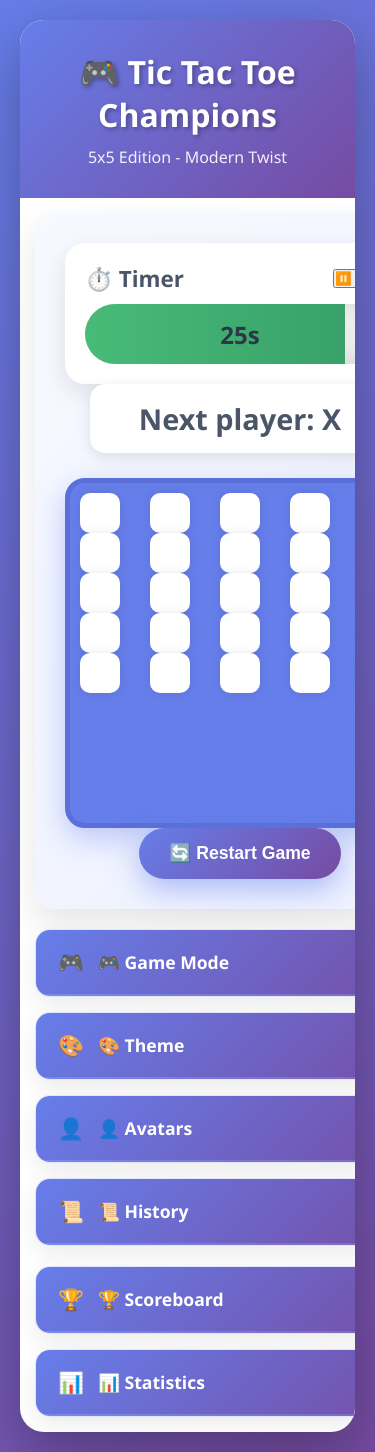
Repository: sofia123776/TIC-TAC-TOE
Page: /
These files come from the project's save history. The page is drawn as it stood at one moment and after the next save; the edit follows.
The browser window is 375 px wide. The pictures show the whole page.
The project was rebuilt for these pictures with package versions that can differ from the ones it lists, and the page was loaded fresh each time. Also part of the build but not shown: vite.config.js.

Above is the page before, as saved 2025-12-09 18:16:51.

### index.html
<!doctype html>
<html lang="en">
  <head>
    <meta charset="UTF-8" />
    <link rel="icon" type="image/svg+xml" href="/vite.svg" />
    <meta name="viewport" content="width=device-width, initial-scale=1.0" />
    <title>tic-tac-toe</title>
  </head>
  <body>
    <div id="root"></div>
    <script type="module" src="/src/main.jsx"></script>
  </body>
</html>

### src/main.jsx
// src/main.jsx
import React from 'react'
import ReactDOM from 'react-dom/client'
import App from './App'
import './App.css'

ReactDOM.createRoot(document.getElementById('root')).render(
  <React.StrictMode>
    <App />
  </React.StrictMode>
)

### src/App.css
/* ===== RESET & BASE ===== */
* {
  margin: 0;
  padding: 0;
  box-sizing: border-box;
}

body {
  font-family: 'Segoe UI', Tahoma, Geneva, Verdana, sans-serif;
  background: linear-gradient(135deg, #667eea 0%, #764ba2 100%);
  min-height: 100vh;
  padding: 20px;
}

/* ===== MAIN CONTAINER ===== */
.game-container {
  max-width: 1400px;
  margin: 0 auto;
  background: white;
  border-radius: 24px;
  box-shadow: 0 20px 60px rgba(0, 0, 0, 0.3);
  overflow: hidden;
  min-height: 90vh;
}

/* ===== HEADER ===== */
.game-header {
  background: linear-gradient(135deg, #667eea 0%, #764ba2 100%);
  color: white;
  padding: 30px 40px;
  text-align: center;
  position: relative;
  overflow: hidden;
}

.game-header::before {
  content: '';
  position: absolute;
  top: -50%;
  left: -50%;
  width: 200%;
  height: 200%;
  background: radial-gradient(circle, rgba(255,255,255,0.1) 1px, transparent 1px);
  background-size: 30px 30px;
  opacity: 0.3;
}

.game-title {
  font-size: 3rem;
  font-weight: 800;
  margin-bottom: 10px;
  text-shadow: 2px 2px 4px rgba(0,0,0,0.3);
  position: relative;
  z-index: 1;
}

.header-subtitle {
  font-size: 1.2rem;
  opacity: 0.9;
  position: relative;
  z-index: 1;
}

/* ===== GAME CONTENT LAYOUT ===== */
.game-content {
  display: grid;
  grid-template-columns: 300px 1fr 300px;
  gap: 30px;
  padding: 30px;
  min-height: 700px;
}

/* ===== SIDEBARS ===== */
.sidebar {
  display: flex;
  flex-direction: column;
  gap: 15px;
}

/* ===== SIDEBAR PANELS ===== */
.sidebar-panel {
  background: #f8f9ff;
  border-radius: 15px;
  overflow: hidden;
  box-shadow: 0 8px 25px rgba(0, 0, 0, 0.08);
  border: 1px solid rgba(102, 126, 234, 0.1);
  transition: all 0.3s ease;
}

.sidebar-panel.closed {
  background: #f0f2ff;
}

.panel-header {
  padding: 18px 20px;
  display: flex;
  align-items: center;
  cursor: pointer;
  background: linear-gradient(135deg, #667eea 0%, #764ba2 100%);
  color: white;
  border-bottom: 2px solid rgba(255, 255, 255, 0.1);
  transition: all 0.3s;
}

.panel-header:hover {
  background: linear-gradient(135deg, #5a6fd8 0%, #6a4290 100%);
  padding-left: 25px;
}

.panel-icon {
  font-size: 1.3rem;
  margin-right: 12px;
  width: 30px;
  text-align: center;
}

.panel-title {
  flex: 1;
  font-weight: 700;
  font-size: 1.1rem;
}

.panel-toggle {
  font-size: 0.9rem;
  transition: transform 0.3s;
}

.sidebar-panel.open .panel-toggle {
  transform: rotate(180deg);
}

.panel-content {
  padding: 20px;
  max-height: 400px;
  overflow-y: auto;
  animation: slideDown 0.3s ease;
}

@keyframes slideDown {
  from {
    opacity: 0;
    transform: translateY(-10px);
  }
  to {
    opacity: 1;
    transform: translateY(0);
  }
}

/* ===== GAME MODE SECTION ===== */
.game-mode-selector {
  display: flex;
  flex-direction: column;
  gap: 12px;
  margin-bottom: 20px;
}

.mode-option {
  display: flex;
  align-items: center;
  gap: 15px;
  padding: 15px;
  background: white;
  border: 2px solid #e2e8f0;
  border-radius: 12px;
  cursor: pointer;
  transition: all 0.3s;
}

.mode-option:hover {
  border-color: #667eea;
  transform: translateX(5px);
}

.mode-option.active {
  background: linear-gradient(135deg, #667eea15 0%, #764ba215 100%);
  border-color: #667eea;
  box-shadow: 0 4px 15px rgba(102, 126, 234, 0.2);
}

.mode-icon {
  font-size: 1.5rem;
  width: 40px;
  height: 40px;
  display: flex;
  align-items: center;
  justify-content: center;
  background: linear-gradient(135deg, #667eea 0%, #764ba2 100%);
  color: white;
  border-radius: 10px;
}

/* ===== AI SETTINGS ===== */
.ai-settings {
  border-top: 2px solid #e2e8f0;
  padding-top: 20px;
  margin-top: 20px;
}

.setting-group {
  margin-bottom: 25px;
}

.setting-title {
  font-size: 1rem;
  color: #4a5568;
  margin-bottom: 12px;
  font-weight: 600;
}

.difficulty-options {
  display: flex;
  flex-direction: column;
  gap: 8px;
}

.difficulty-option {
  display: flex;
  align-items: center;
  gap: 10px;
  padding: 12px 15px;
  background: white;
  border: 2px solid #e2e8f0;
  border-radius: 10px;
  cursor: pointer;
  transition: all 0.3s;
}

.difficulty-option:hover {
  border-color: #667eea;
}

.difficulty-option.active {
  background: linear-gradient(135deg, #667eea10 0%, #764ba210 100%);
  border-color: #667eea;
}

.difficulty-dot {
  width: 12px;
  height: 12px;
  border-radius: 50%;
  margin-right: 5px;
}

.difficulty-dot.easy {
  background: #48bb78;
}

.difficulty-dot.medium {
  background: #ed8936;
}

.difficulty-dot.hard {
  background: #f56565;
}

.player-options {
  display: flex;
  gap: 10px;
}

.player-option {
  flex: 1;
  display: flex;
  flex-direction: column;
  align-items: center;
  padding: 15px;
  background: white;
  border: 2px solid #e2e8f0;
  border-radius: 12px;
  cursor: pointer;
  transition: all 0.3s;
  position: relative;
}

.player-option:hover {
  border-color: #667eea;
}

.player-option.active {
  background: linear-gradient(135deg, #667eea10 0%, #764ba210 100%);
  border-color: #667eea;
}

.option-avatar {
  width: 50px;
  height: 50px;
  border-radius: 50%;
  object-fit: cover;
  margin-bottom: 8px;
  border: 2px solid #e2e8f0;
}

.player-option.active .option-avatar {
  border-color: #667eea;
}

.player-badge {
  position: absolute;
  top: 8px;
  right: 8px;
  background: #48bb78;
  color: white;
  font-size: 0.7rem;
  padding: 2px 8px;
  border-radius: 10px;
}

.ai-info {
  margin-top: 20px;
  padding: 15px;
  background: #f0f7ff;
  border-radius: 10px;
  border-left: 4px solid #4299e1;
}

.ai-description {
  font-size: 0.9rem;
  color: #4a5568;
  text-align: center;
}

/* ===== THEME SELECTOR ===== */
.theme-options {
  display: flex;
  flex-direction: column;
  gap: 12px;
}

.theme-option {
  display: flex;
  align-items: center;
  gap: 15px;
  padding: 15px;
  background: white;
  border: 2px solid #e2e8f0;
  border-radius: 12px;
  cursor: pointer;
  transition: all 0.3s;
}

.theme-option:hover {
  transform: translateX(5px);
}

.theme-option.active {
  border-color: #667eea;
  box-shadow: 0 4px 15px rgba(102, 126, 234, 0.2);
}

.theme-preview {
  width: 40px;
  height: 40px;
  border-radius: 8px;
  border: 2px solid #e2e8f0;
}

.theme-preview.cyberpunk {
  background: linear-gradient(135deg, #0f0c29, #302b63);
}

.theme-preview.neon {
  background: linear-gradient(135deg, #000000, #1a1a2e);
}

.theme-preview.sunset {
  background: linear-gradient(135deg, #ff6b6b, #556270);
}

/* ===== MAIN GAME AREA ===== */
.main-game-area {
  display: flex;
  flex-direction: column;
  align-items: center;
  justify-content: center;
  gap: 25px;
}

.game-board-wrapper {
  background: linear-gradient(135deg, #f7f9ff 0%, #eef2ff 100%);
  padding: 30px;
  border-radius: 20px;
  box-shadow: 0 15px 35px rgba(0, 0, 0, 0.1);
  width: 100%;
  max-width: 700px;
}

/* ===== TIMER IN MAIN AREA ===== */
.timer-display-main {
  background: white;
  border-radius: 20px;
  padding: 20px;
  box-shadow: 0 8px 25px rgba(0, 0, 0, 0.1);
  width: 100%;
  max-width: 700px;

}

.timer-header {
  display: flex;
  justify-content: space-between;
  align-items: center;
  margin-bottom: 10px;
}

.timer-header h3 {
  font-size: 1.4rem;
  color: #4a5568;
  display: flex;
  align-items: center;
  gap: 10px;
}

.timer-circle-main {
  position: relative;
  width: 100%;
  height: 60px;
  border-radius: 30px;
  background: linear-gradient(145deg, #ffffff, #e6e6e6);
  box-shadow: inset 0 0 20px rgba(0, 0, 0, 0.1);
  overflow: hidden;
}

.timer-circle-main.warning {
  background: linear-gradient(145deg, #fff5f5, #fed7d7);
}

.timer-value {
  position: absolute;
  top: 50%;
  left: 50%;
  transform: translate(-50%, -50%);
  font-size: 1.8rem;
  font-weight: 800;
  color: #2d3748;
  z-index: 2;
}

.timer-progress {
  position: absolute;
  top: 0;
  left: 0;
  height: 100%;
  background: linear-gradient(to right, #48bb78, #38a169);
  transition: width 1s linear;
}

.timer-circle-main.warning .timer-progress {
  background: linear-gradient(to right, #f56565, #e53e3e);
}

/* ===== 5x5 GAME BOARD - FIXED ===== */
.board-container {
  display: flex;
  flex-direction: column;
  align-items: center;
  gap: 25px;
}

.status {
  font-size: 1.8rem;
  font-weight: 700;
  color: #4a5568;
  text-align: center;
  padding: 15px 30px;
  background: white;
  border-radius: 15px;
  box-shadow: 0 4px 15px rgba(0, 0, 0, 0.1);
  min-width: 300px;
}

.status.winner {
  background: linear-gradient(135deg, #48bb78, #38a169);
  color: white;
  animation: pulse 2s infinite;
}

@keyframes pulse {
  0%, 100% { transform: scale(1); }
  50% { transform: scale(1.05); }
}

.board-grid {
  display: grid;
  grid-template-columns: repeat(5, 1fr);
  grid-template-rows: repeat(5, 1fr);
  gap: 8px;
  background: #667eea;
  padding: 15px;
  border-radius: 20px;
  box-shadow: 0 10px 30px rgba(102, 126, 234, 0.4);
  width: 550px;
  height: 550px;
  border: 5px solid #5a6fd8;
}

.square {
  background: white;
  border: none;
  border-radius: 10px;
  display: flex;
  align-items: center;
  justify-content: center;
  cursor: pointer;
  transition: all 0.3s;
  box-shadow: 0 0px 10px rgba(0, 0, 0, 0.1);
  width: 100%;
  height: 100%;
  min-width: 0;
  min-height: 0;

}

.square:hover {
  background: #f7fafc;
  transform: scale(1.05);
  box-shadow: 0 6px 20px rgba(0, 0, 0, 0.15);
}

.square.highlight {
  background: linear-gradient(135deg, #f6e05e, #d69e2e);
  animation: highlight-pulse 1.5s infinite;
  border: 2px solid #d69e2e;
}

@keyframes highlight-pulse {
  0%, 100% { box-shadow: 0 0 20px rgba(246, 224, 94, 0.6); }
  50% { box-shadow: 0 0 30px rgba(246, 224, 94, 0.9); }
}

.avatar-img {
  width: 60px;
  height: 60px;
  border-radius: 50%;
  object-fit: cover;
  border: 3px solid #e2e8f0;
}

/* ===== AI INDICATOR ===== */
.ai-indicator {
  background: white;
  border-radius: 15px;
  padding: 15px;
  margin-bottom: 20px;
  box-shadow: 0 4px 15px rgba(0, 0, 0, 0.1);
}

.ai-labels {
  display: flex;
  justify-content: space-between;
  align-items: center;
}

.ai-label {
  flex: 1;
  text-align: center;
  padding: 10px;
  border-radius: 10px;
  font-weight: 600;
  font-size: 1.1rem;
}

.ai-label.ai {
  background: linear-gradient(135deg, #f5656510 0%, #e53e3e10 100%);
  color: #e53e3e;
}

.ai-label.human {
  background: linear-gradient(135deg, #48bb7810 0%, #38a16910 100%);
  color: #38a169;
}

.ai-label-vs {
  padding: 0 20px;
  font-weight: 700;
  color: #4a5568;
}

/* ===== ACTION BUTTONS ===== */
.action-buttons {
  display: flex;
  justify-content: center;
  width: 100%;
  max-width: 700px;
}

.restart-btn-main {
  padding: 18px 50px;
  font-size: 1.3rem;
  font-weight: 700;
  background: linear-gradient(135deg, #667eea 0%, #764ba2 100%);
  color: white;
  border: none;
  border-radius: 50px;
  cursor: pointer;
  transition: all 0.3s;
  box-shadow: 0 10px 30px rgba(102, 126, 234, 0.5);
}

.restart-btn-main:hover {
  transform: scale(1.05);
  box-shadow: 0 15px 40px rgba(102, 126, 234, 0.7);
}

/* ===== AVATAR SELECTION - FIXED ===== */
.avatar-selection-grid {
  display: flex;
  flex-direction: column;
  gap: 25px;
}

.avatar-selector-compact {
  display: flex;
  flex-direction: column;
  align-items: center;
  gap: 15px;
  padding: 15px;
  background: white;
  border-radius: 15px;
  border: 2px solid #e2e8f0;
}

.player-label {
  font-weight: 700;
  color: #4a5568;
  font-size: 1.1rem;
  text-transform: uppercase;
  letter-spacing: 1px;
  text-align: center;
  width: 100%;
  padding-bottom: 10px;
  border-bottom: 2px solid #e2e8f0;
}

.current-avatar {
  width: 80px;
  height: 80px;
  border-radius: 50%;
  overflow: hidden;
  border: 4px solid #667eea;
  box-shadow: 0 4px 15px rgba(102, 126, 234, 0.3);
}

.current-avatar img {
  width: 100%;
  height: 100%;
  object-fit: cover;
  display: block;
}

.avatar-options-compact {
  display: flex;
  flex-wrap: wrap;
  gap: 10px;
  justify-content: center;
}

.avatar-option-compact {
  width: 50px;
  height: 50px;
  border-radius: 50%;
  overflow: hidden;
  cursor: pointer;
  border: 3px solid #cbd5e0;
  transition: all 0.3s;
  flex-shrink: 0;
}

.avatar-option-compact:hover {
  transform: scale(1.1);
  border-color: #667eea;
}

.avatar-option-compact.selected {
  border-color: #48bb78;
  transform: scale(1.15);
  box-shadow: 0 4px 15px rgba(72, 187, 120, 0.4);
}

.avatar-option-compact img {
  width: 100%;
  height: 100%;
  object-fit: cover;
  display: block;
}

/* ===== SCOREBOARD ===== */
.scoreboard-cards {
  display: flex;
  flex-direction: column;
  gap: 15px;
}

.score-card {
  display: flex;
  align-items: center;
  gap: 20px;
  padding: 20px;
  background: white;
  border-radius: 15px;
  box-shadow: 0 4px 15px rgba(0, 0, 0, 0.08);
  transition: transform 0.3s;
}

.score-card:hover {
  transform: translateY(-3px);
}

.player-x-score {
  border-left: 5px solid #f56565;
}

.player-o-score {
  border-left: 5px solid #4299e1;
}

.draws-score {
  border-left: 5px solid #ed8936;
}

.score-avatar {
  width: 60px;
  height: 60px;
  border-radius: 50%;
  overflow: hidden;
  flex-shrink: 0;
  position: relative;
}

.score-avatar img {
  width: 100%;
  height: 100%;
  object-fit: cover;
  display: block;
}

.ai-badge {
  position: absolute;
  bottom: -5px;
  right: -5px;
  background: #f56565;
  color: white;
  width: 25px;
  height: 25px;
  border-radius: 50%;
  display: flex;
  align-items: center;
  justify-content: center;
  font-size: 0.8rem;
  border: 2px solid white;
}

.score-info {
  flex: 1;
}

.score-info h4 {
  font-size: 1.1rem;
  color: #4a5568;
  margin-bottom: 5px;
}

.score-value {
  font-size: 2.5rem;
  font-weight: 800;
  color: #2d3748;
  line-height: 1;
}

.score-label {
  font-size: 0.9rem;
  color: #a0aec0;
  margin-top: 2px;
}

/* ===== PLAYER STATISTICS ===== */
.player-tabs {
  display: flex;
  gap: 10px;
  margin-bottom: 20px;
}

.player-tab {
  flex: 1;
  display: flex;
  flex-direction: column;
  align-items: center;
  gap: 8px;
  padding: 15px;
  background: white;
  border-radius: 15px;
  cursor: pointer;
  transition: all 0.3s;
  border: 2px solid #e2e8f0;
}

.player-tab:hover {
  border-color: #667eea;
}

.player-tab.active {
  background: linear-gradient(135deg, #667eea 0%, #764ba2 100%);
  color: white;
  border-color: #667eea;
  transform: translateY(-2px);
  box-shadow: 0 6px 20px rgba(102, 126, 234, 0.4);
}

.tab-avatar {
  width: 40px;
  height: 40px;
  border-radius: 50%;
  object-fit: cover;
}

.player-tab.active .tab-avatar {
  border: 2px solid white;
}

.stats-grid {
  display: grid;
  grid-template-columns: repeat(2, 1fr);
  gap: 15px;
  margin-bottom: 20px;
}

.stat-box {
  background: white;
  border-radius: 15px;
  padding: 15px;
  display: flex;
  align-items: center;
  gap: 15px;
  box-shadow: 0 4px 12px rgba(0, 0, 0, 0.05);
}

.stat-icon {
  font-size: 2rem;
  width: 50px;
  height: 50px;
  display: flex;
  align-items: center;
  justify-content: center;
  background: linear-gradient(135deg, #667eea 0%, #764ba2 100%);
  color: white;
  border-radius: 12px;
}

.stat-content {
  flex: 1;
}

.stat-value {
  font-size: 1.5rem;
  font-weight: 800;
  color: #2d3748;
  line-height: 1;
}

.stat-label {
  font-size: 0.8rem;
  color: #a0aec0;
  margin-top: 10px;
}

.detailed-stats {
  background: white;
  border-radius: 15px;
  padding: 20px;
  box-shadow: 0 4px 12px rgba(0, 0, 0, 0.05);
}

.detailed-stat {
  display: flex;
  justify-content: space-between;
  align-items: center;
  padding: 10px 0;
  border-bottom: 1px solid #e2e8f0;
}

.detailed-stat:last-child {
  border-bottom: none;
}

.stat-number {
  font-weight: 700;
  font-size: 1.2rem;
}

.stat-number.win {
  color: #48bb78;
}

.stat-number.loss {
  color: #f56565;
}

.player-stats {
  display: none;
}

.player-stats.active {
  display: block;
  animation: fadeIn 0.5s ease;
}

@keyframes fadeIn {
  from { opacity: 0; transform: translateY(10px); }
  to { opacity: 1; transform: translateY(0); }
}

/* ===== AI THINKING INDICATOR ===== */
.ai-thinking-indicator {
  position: fixed;
  top: 0;
  left: 0;
  right: 0;
  bottom: 0;
  background: rgba(0, 0, 0, 0.8);
  display: flex;
  align-items: center;
  justify-content: center;
  z-index: 1000;
  backdrop-filter: blur(10px);
}

.ai-thinking-content {
  background: white;
  padding: 40px;
  border-radius: 20px;
  text-align: center;
  box-shadow: 0 20px 60px rgba(0, 0, 0, 0.4);
  animation: popIn 0.6s cubic-bezier(0.68, -0.55, 0.265, 1.55);
}

.thinking-dots {
  font-size: 3rem;
  margin-bottom: 15px;
}

.thinking-dots .dot {
  animation: blink 1.5s infinite;
  opacity: 0;
}

.thinking-dots .dot:nth-child(2) { animation-delay: 0.2s; }
.thinking-dots .dot:nth-child(3) { animation-delay: 0.4s; }

@keyframes blink {
  0%, 100% { opacity: 0.2; }
  50% { opacity: 1; }
}

.ai-thinking-content p {
  font-size: 1.2rem;
  color: #4a5568;
  font-weight: 600;
}

/* ===== GAME OVER POPUP ===== */
.game-over-overlay {
  position: fixed;
  top: 0;
  left: 0;
  right: 0;
  bottom: 0;
  background: rgba(0, 0, 0, 0.8);
  display: flex;
  justify-content: center;
  align-items: center;
  z-index: 1000;
  backdrop-filter: blur(10px);
}

.game-over-box {
  background: white;
  padding: 50px;
  border-radius: 30px;
  text-align: center;
  max-width: 500px;
  width: 90%;
  box-shadow: 0 30px 60px rgba(0, 0, 0, 0.4);
  animation: popIn 0.6s cubic-bezier(0.68, -0.55, 0.265, 1.55);
}

@keyframes popIn {
  0% {
    opacity: 0;
    transform: scale(0.5) rotate(-10deg);
  }
  100% {
    opacity: 1;
    transform: scale(1) rotate(0deg);
  }
}

.celebration {
  font-size: 4rem;
  margin-bottom: 20px;
  animation: bounce 2s infinite;
}

@keyframes bounce {
  0%, 100% { transform: translateY(0); }
  50% { transform: translateY(-20px); }
}

.game-over-box h2 {
  font-size: 2.5rem;
  color: #2d3748;
  margin-bottom: 15px;
}

.ai-result-message {
  background: linear-gradient(135deg, #667eea10 0%, #764ba210 100%);
  padding: 15px;
  border-radius: 15px;
  margin: 20px 0;
  font-size: 1.2rem;
  color: #4a5568;
}

.ai-difficulty-tag {
  display: inline-block;
  background: #667eea;
  color: white;
  padding: 5px 15px;
  border-radius: 20px;
  font-size: 0.9rem;
  margin-top: 8px;
}

.popup-message {
  font-size: 1.2rem;
  color: #718096;
  margin-bottom: 30px;
}

.restart-btn {
  padding: 18px 50px;
  font-size: 1.3rem;
  font-weight: 700;
  background: linear-gradient(135deg, #667eea 0%, #764ba2 100%);
  color: white;
  border: none;
  border-radius: 50px;
  cursor: pointer;
  transition: all 0.3s;
  box-shadow: 0 10px 30px rgba(102, 126, 234, 0.5);
}

.restart-btn:hover {
  transform: scale(1.05);
  box-shadow: 0 15px 40px rgba(102, 126, 234, 0.7);
}

/* ===== RESPONSIVE DESIGN ===== */
@media (max-width: 1200px) {
  .game-content {
    grid-template-columns: 280px 1fr 280px;
  }

  .board-grid {
    width: 500px;
    height: 500px;
    gap: 5px;
    padding: 12px;
  }
}

@media (max-width: 900px) {
  .game-content {
    grid-template-columns: 250px 1fr 250px;
  }

  .board-grid {
    width: 450px;
    height: 450px;
  }

  .avatar-img {
    width: 50px;
    height: 50px;
  }
}

@media (max-width: 600px) {
  .game-content {
    grid-template-columns: 1fr;
    grid-template-rows: auto auto;
    gap: 20px;
  }

  .sidebar {
    flex-direction: row;
    flex-wrap: wrap;
  }

  .sidebar-panel {
    flex: 1;
    min-width: 300px;
  }

  .main-game-area {
    order: 1;
  }

  .left-sidebar {
    order: 2;
  }

  .right-sidebar {
    order: 3;
  }

  .board-grid {
    width: 400px;
    height: 400px;
  }
}

@media (max-width: 600px) {
  .game-content {
    padding: 15px;
  }

  .sidebar-panel {
    min-width: 100%;
  }

  .board-grid {
    width: 350px;
    height: 350px;
    gap: 30px;
    padding: 10px;
  }

  .avatar-img {
    width: 40px;
    height: 40px;
  }

  .stats-grid {
    grid-template-columns: 1fr;
  }

  .game-title {
    font-size: 2rem;
  }

  .header-subtitle {
    font-size: 1rem;
  }

  .timer-value {
    font-size: 1.5rem;
  }

  .restart-btn-main {
    padding: 15px 30px;
    font-size: 1.1rem;
  }
}

Loaded but not shown: src/App.jsx (1070 lines, source omitted)

After the next save:
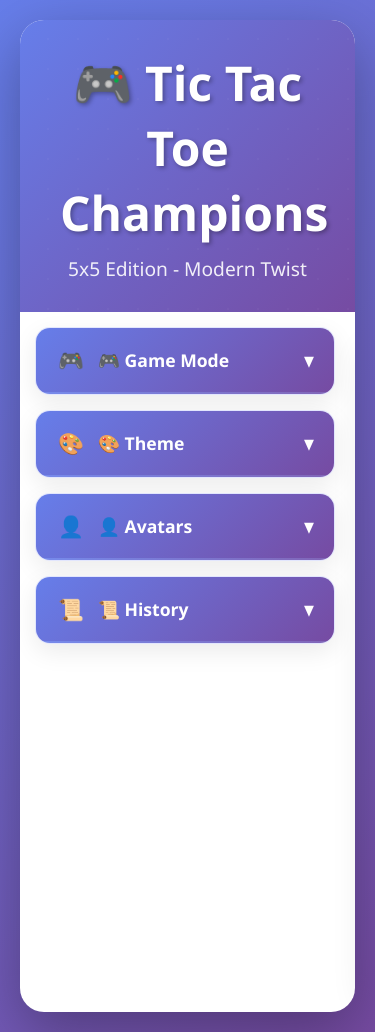
Saved 2 min 20 s later.
--- a/src/App.css
+++ b/src/App.css
@@ -1056,66 +1056,62 @@ body {
 
 /* ===== RESPONSIVE DESIGN ===== */
 @media (max-width: 1200px) {
-  .game-content {
-    grid-template-columns: 280px 1fr 280px;
-  }
-
   .board-grid {
     width: 500px;
     height: 500px;
-    gap: 5px;
-    padding: 12px;
-  }
-}
-
-@media (max-width: 900px) {
-  .game-content {
-    grid-template-columns: 250px 1fr 250px;
-  }
-
+  }
+
+  .avatar-img {
+    width: 60px;
+    height: 60px;
+  }
+}
+
+@media (max-width: 1100px) {
   .board-grid {
     width: 450px;
     height: 450px;
+    gap: 6px;
+    padding: 15px;
   }
 
   .avatar-img {
     width: 50px;
     height: 50px;
   }
-}
-
-@media (max-width: 600px) {
-  .game-content {
-    grid-template-columns: 1fr;
-    grid-template-rows: auto auto;
-    gap: 20px;
-  }
-
-  .sidebar {
-    flex-direction: row;
-    flex-wrap: wrap;
-  }
-
-  .sidebar-panel {
-    flex: 1;
-    min-width: 300px;
-  }
-
-  .main-game-area {
-    order: 1;
-  }
-
-  .left-sidebar {
-    order: 2;
-  }
-
-  .right-sidebar {
-    order: 3;
-  }
-
+
+  .current-avatar {
+    width: 90px;
+    height: 90px;
+  }
+
+  .avatar-option-compact {
+    width: 50px;
+    height: 50px;
+  }
+}
+
+@media (max-width: 900px) {
   .board-grid {
     width: 400px;
     height: 400px;
+    gap: 5px;
+    padding: 12px;
+  }
+
+  .avatar-img {
+    width: 45px;
+    height: 45px;
+  }
+
+  .current-avatar {
+    width: 80px;
+    height: 80px;
+  }
+
+  .avatar-option-compact {
+    width: 45px;
+    height: 45px;
   }
 }
 
@@ -1124,40 +1120,37 @@ body {
     padding: 15px;
   }
 
-  .sidebar-panel {
-    min-width: 100%;
-  }
-
   .board-grid {
-    width: 350px;
-    height: 350px;
-    gap: 30px;
+    width: 320px;
+    height: 320px;
+    gap: 4px;
     padding: 10px;
   }
 
   .avatar-img {
+    width: 35px;
+    height: 35px;
+    border: 2px solid #e2e8f0;
+  }
+
+  .current-avatar {
+    width: 70px;
+    height: 70px;
+  }
+
+  .avatar-option-compact {
     width: 40px;
     height: 40px;
   }
 
-  .stats-grid {
-    grid-template-columns: 1fr;
-  }
-
-  .game-title {
-    font-size: 2rem;
-  }
-
-  .header-subtitle {
-    font-size: 1rem;
-  }
-
-  .timer-value {
-    font-size: 1.5rem;
-  }
-
-  .restart-btn-main {
-    padding: 15px 30px;
-    font-size: 1.1rem;
-  }
-}
+  .avatar-options-compact {
+    gap: 8px;
+    max-width: 200px;
+  }
+
+  .status {
+    font-size: 1.4rem;
+    min-width: 250px;
+    padding: 12px 20px;
+  }
+}
